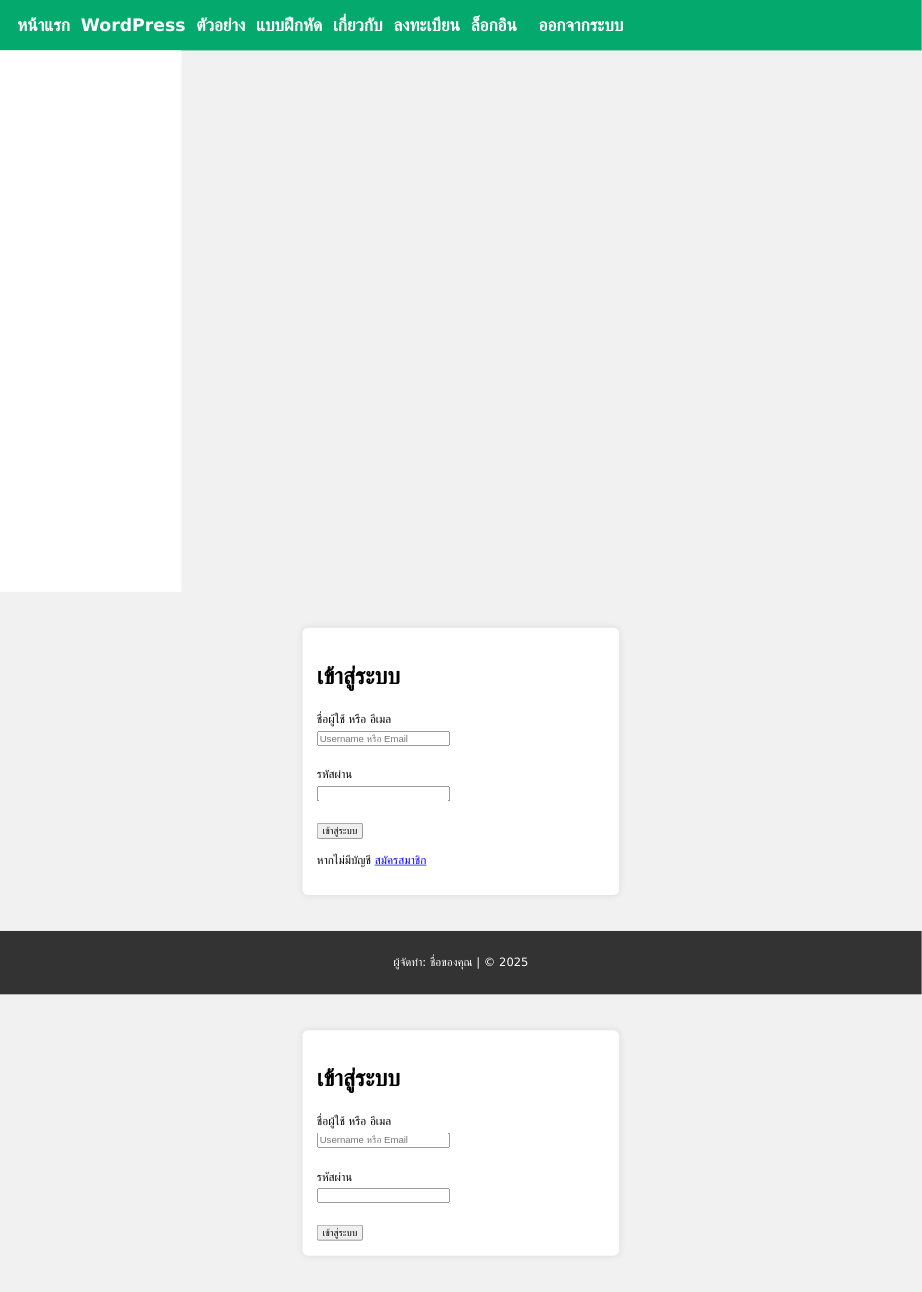
Repository: staggil/thesis
Page: login.html
These files come from the project's save history. The page is drawn as it stood at one moment and after the next save; the edit follows.
The browser window is 1280 px wide. The pictures show the whole page, at 72% of full size.
The page's requests for data from a server got no answer.

Above is the page before, as saved 2025-12-15 03:05:00.

### login.html
<!DOCTYPE html>
<html lang="th">
<head>
    <meta charset="UTF-8">
    <meta name="viewport" content="width=device-width, initial-scale=1.0">
    <title>Login - เว็บไซต์สอนเขียนโปรแกรม</title>
    <link rel="stylesheet" href="style.css">
    <script src="script.js" defer></script>
</head>
<body data-sidebar="components/empty.html" class="login-page">

    <!-- Header -->
    <div id="header-placeholder"></div>

    <!-- Sidebar -->
    <div id="sidebar-placeholder"></div>

    <!-- Content -->
    <main id="main-content">
        <h1>เข้าสู่ระบบ</h1>
        <form id="login-form">
            <label for="username">ชื่อผู้ใช้ หรือ อีเมล</label><br>
            <input type="text" id="username" name="username" placeholder="Username หรือ Email" required><br><br>


            <label for="password">รหัสผ่าน</label><br>
            <input type="password" id="password" name="password" required><br><br>

            <button type="submit">เข้าสู่ระบบ</button>
        </form>
        <p id="login-error" style="color: red; display: none;"></p>
        <p>หากไม่มีบัญชี <a href="register.html">สมัครสมาชิก</a></p>
    </main>

    <!-- Footer -->
    <div id="footer-placeholder"></div>

    <script>
    document.getElementById("login-form").addEventListener("submit", async (e) => {
        e.preventDefault();

        const username = document.getElementById("username").value.trim();
        const password = document.getElementById("password").value;

        if (!username || !password) {
            const err = document.getElementById("login-error");
            err.style.display = "block";
            err.textContent = "กรุณากรอกชื่อผู้ใช้และรหัสผ่าน";
            return;
        }

        try {
            const res = await fetch("/login", {
                method: "POST",
                headers: { "Content-Type": "application/json" },
                body: JSON.stringify({ username, password })
            });

            const data = await res.json();

            const err = document.getElementById("login-error");
            if (data.success) {
                err.style.display = "none";
                alert(data.message);
                window.location.href = "/"; // redirect ไปหน้า index
            } else {
                err.style.display = "block";
                err.textContent = data.message;
            }
        } catch (error) {
            console.error("Error:", error);
            const err = document.getElementById("login-error");
            err.style.display = "block";
            err.textContent = "เกิดข้อผิดพลาดในการเชื่อมต่อเซิร์ฟเวอร์";
        }
    });
    </script>

</body>
</html>
<!DOCTYPE html>
<html lang="th">
<head>
    <meta charset="UTF-8">
    <meta name="viewport" content="width=device-width, initial-scale=1.0">
    <title>Login - เว็บไซต์สอนเขียนโปรแกรม</title>
    <link rel="stylesheet" href="style.css">
    <script src="script.js" defer></script>
</head>
<body data-sidebar="components/empty.html" class="login-page">

    <!-- Header -->
    <div id="header-placeholder"></div>

    <!-- Sidebar -->
    <div id="sidebar-placeholder"></div>

    <!-- Content -->
    <main id="main-content">
        <h1>เข้าสู่ระบบ</h1>
        <form id="login-form">
            <label for="username">ชื่อผู้ใช้ หรือ อีเมล</label><br>
            <input type="text" id="username" name="username" placeholder="Username หรือ Email" required><br><br>


            <label for="password">รหัสผ่าน</label><br>
            <input type="password" id="password" name="password" required><br><br>

            <button type="submit">เข้าสู่ระบบ</button>
        </form>
        <p id="login-error" style="color: red; display: none;"></p>
    </main>

    <!-- Footer -->
    <div id="footer-placeholder"></div>

    <script>
    document.getElementById("login-form").addEventListener("submit", async (e) => {
        e.preventDefault();

        const username = document.getElementById("username").value.trim();
        const password = document.getElementById("password").value;

        if (!username || !password) {
            const err = document.getElementById("login-error");
            err.style.display = "block";
            err.textContent = "กรุณากรอกชื่อผู้ใช้และรหัสผ่าน";
            return;
        }

        try {
            const res = await fetch("/login", {
                method: "POST",
                headers: { "Content-Type": "application/json" },
                body: JSON.stringify({ username, password })
            });

            const data = await res.json();

            const err = document.getElementById("login-error");
            if (data.success) {
                err.style.display = "none";
                alert(data.message);
                window.location.href = "/"; // redirect ไปหน้า index
            } else {
                err.style.display = "block";
                err.textContent = data.message;
            }
        } catch (error) {
            console.error("Error:", error);
            const err = document.getElementById("login-error");
            err.style.display = "block";
            err.textContent = "เกิดข้อผิดพลาดในการเชื่อมต่อเซิร์ฟเวอร์";
        }
    });
    </script>

</body>
</html>

### style.css
body {
    margin: 0;
    font-family: Verdana, Arial, sans-serif;
    box-sizing: border-box;
    background-color: #f1f1f1;
    line-height: 1.6;
}


header {
    background-color: #04AA6D;
    color: white;
    padding: 16px 24px;
    font-size: 24px;
    font-weight: bold;
}

.navbar ul {
    list-style: none;
    display: flex;
    gap: 15px;
    padding: 0;
    margin: 0;
}

.navbar ul li a {
    color: white;
    text-decoration: none;
}

/* =========================
   Sidebar
   ========================= */
.layout {  /* แนะนำให้เพิ่ม div ครอบ sidebar + main-content */
    display: flex;
    max-width: 1200px;
    margin: 0 auto;
}

#sidebar {
    width: 220px;
    background-color: #e7e9eb; /* สีอ่อนแบบ W3Schools */
    padding: 16px;
    height: 100vh;
    overflow-y: auto;
    flex-shrink: 0;
    position: sticky;  /* sidebar ติดเวลา scroll */
    top: 0;
}

#sidebar ul {
    list-style: none;
    padding: 0;
}

#sidebar ul li {
    margin-bottom: 10px;
}

#sidebar ul li a {
    text-decoration: none;
    color: #333;
    display: block;
    padding: 8px;
    border-radius: 4px;
    transition: background 0.3s;
}

#sidebar ul li a:hover {
    background-color: #ddd;
}

/* =========================
   Main Content
   ========================= */
#main-content {
    flex: 1;  /* ขยายเต็มที่ตามพื้นที่ layout */
    background-color: #fff;
    padding: 32px;
    max-width: 960px; /* เหมือน W3Schools */
}

/* กรณีหน้า index.html ไม่มี sidebar */
body.index #main-content {
    margin-left: 0;
    max-width: 700px;        /* กว้างเท่ากับหน้าที่มี sidebar */
    margin: 0 auto;          /* จัด content กลางหน้า */
}

/* =========================
   Footer
   ========================= */
footer {
    background-color: #333;
    color: white;
    text-align: center;
    padding: 15px;
}

/* =========================
   Responsive (มือถือ)
   ========================= */
@media screen and (max-width: 768px) {
    #sidebar {
        width: 100%;
        height: auto;
        float: none;
    }
    #main-content {
        margin-left: 0;
        padding: 15px;
    }

    .navbar ul {
        flex-direction: column;
        gap: 5px;
    }
}

/* =========================
   Empty sidebar
   ========================= */
#sidebar.empty-sidebar {
    background-color: #fff;   /* สีเดียวกับ container */
           /* คง padding เดิมถ้าอยากให้ layoutเหมือนหน้าที่มี sidebar */
    /* อย่าแก้ width หรือ float */
}

/* หน้า login ให้ layout อยู่กลางและสวยขึ้น */
body.login-page #main-content {
    max-width: 400px;       /* กว้างแค่พอ form */
    margin: 50px auto;      /* จัดกลางแนวนอนและเว้นบน */
    padding: 20px;
    background-color: #fff; /* เหมือน container */
    border-radius: 8px;
    box-shadow: 0 0 10px rgba(0,0,0,0.1);
}



/* หน้า register ให้ layout อยู่กลางเหมือน login */
body.register-page #main-content {
    max-width: 400px;          /* กว้างพอ form */
    margin: 50px auto;         /* จัดกลางหน้า */
    padding: 20px;
    background-color: #fff;    /* เหมือน container */
    border-radius: 8px;
    box-shadow: 0 0 10px rgba(0,0,0,0.1);
}

### script.js
function loadComponent(filePath, elementId) {
    if (!filePath) return;
    const el = document.getElementById(elementId);
    if (!el) {
        console.error(`ไม่พบ element id="${elementId}"`);
        return;
    }
    fetch(filePath)
        .then(response => {
            if (!response.ok) throw new Error("ไม่พบไฟล์ " + filePath);
            return response.text();
        })
        .then(data => {
            el.innerHTML = data;

            // หลังโหลด header ให้ตรวจสอบ session
            if (elementId === "header-placeholder") {
                updateHeaderLoginStatus();
            }
        })
        .catch(error => console.error(error));
}

// ฟังก์ชันตรวจสอบ login
function updateHeaderLoginStatus() {
    fetch("/me")
        .then(res => res.json())
        .then(user => {
            if (user.username) {
                // login แล้ว
                document.querySelectorAll(".login-only").forEach(el => el.style.display = "none");
                document.querySelectorAll(".user-only").forEach(el => el.style.display = "block");
                document.getElementById("username-display").textContent = user.fullname;

                // เพิ่ม listener logout
                const logoutLink = document.getElementById("logout-link");
                if (logoutLink) {
                    logoutLink.addEventListener("click", async (e) => {
                        e.preventDefault();
                        await fetch("/logout", { method: "POST" });
                        updateHeaderLoginStatus(); // รีเฟรชเมนู
                        window.location.href = "/login.html";
                    });
                }

            } else {
                // ยังไม่ได้ login
                document.querySelectorAll(".login-only").forEach(el => el.style.display = "block");
                document.querySelectorAll(".user-only").forEach(el => el.style.display = "none");
            }
        })
        .catch(err => console.error(err));
}

document.addEventListener("DOMContentLoaded", function() {
    loadComponent("/components/header.html", "header-placeholder");
    loadComponent("/components/footer.html", "footer-placeholder");

    const sidebarFile = document.body.getAttribute("data-sidebar");
    loadComponent(sidebarFile, "sidebar-placeholder");

    // ตรวจสอบ exercise links หลังจากโหลด header เสร็จ
    const checkExerciseLinks = () => {
        const exerciseLinks = document.querySelectorAll("a[href^='/exercises/']");
        exerciseLinks.forEach(link => {
            link.addEventListener("click", async (e) => {
                e.preventDefault();
                const res = await fetch("/me");
                const user = await res.json();
                if (!user.username) {
                    const goLogin = confirm("คุณต้อง login ก่อนเข้าแบบฝึกหัด\nไปหน้า Login ตอนนี้หรือไม่?");
                    if (goLogin) window.location.href = "/login.html";
                } else {
                    window.location.href = link.href;
                }
            });
        });
    };

    // รอ header โหลดเสร็จแล้วค่อย bind
    const headerInterval = setInterval(() => {
        if (document.getElementById("header-placeholder").children.length > 0) {
            clearInterval(headerInterval);
            checkExerciseLinks();
        }
    }, 50);
});

### components/header.html
<header>
   <nav class="navbar">
        <ul id="nav-items">
            <li><a href="/index.html">หน้าแรก</a></li>
            <li><a href="/lessons/intro.html">WordPress</a></li>
            <li><a href="/examples/draw-rect.html">ตัวอย่าง</a></li>
            <li><a href="/exercises/exercise1.html">แบบฝึกหัด</a></li>
            <li><a href="/about/about.html">เกี่ยวกับ</a></li>
            <li class="login-only"><a href="/register.html">ลงทะเบียน</a></li>
            <li class="login-only"><a href="/login.html">ล็อกอิน</a></li>
            <li class="user-only"><span id="username-display"></span></li>
            <li class="user-only"><a href="#" id="logout-link">ออกจากระบบ</a></li>
        </ul>
    </nav>
</header>

### components/footer.html
<footer>
    <p>ผู้จัดทำ: ชื่อของคุณ | © 2025</p>
</footer>

### components/empty.html
<aside id="sidebar" class="empty-sidebar">
    <ul>

    </ul>
</aside>

After the next save:
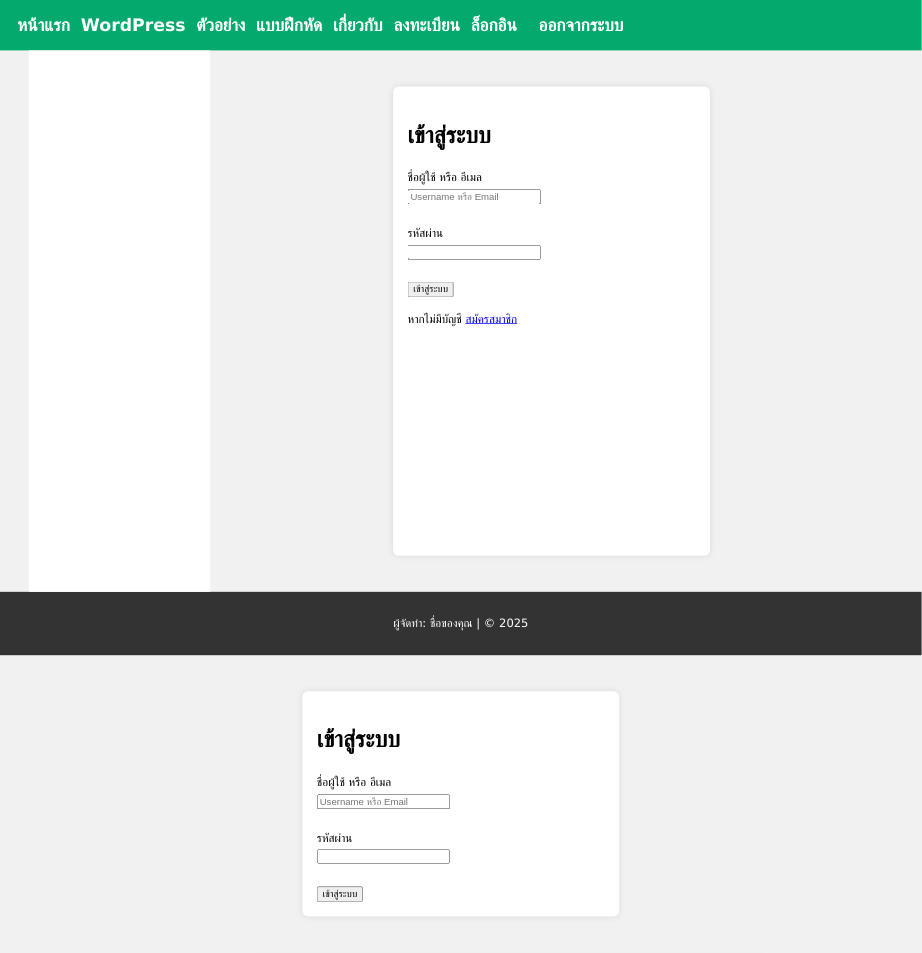
Saved 6 min 34 s later.
--- a/login.html
+++ b/login.html
@@ -12,6 +12,7 @@
     <!-- Header -->
     <div id="header-placeholder"></div>
 
+    <div class="layout">
     <!-- Sidebar -->
     <div id="sidebar-placeholder"></div>
 
@@ -31,7 +32,7 @@
         <p id="login-error" style="color: red; display: none;"></p>
         <p>หากไม่มีบัญชี <a href="register.html">สมัครสมาชิก</a></p>
     </main>
-
+</div>
     <!-- Footer -->
     <div id="footer-placeholder"></div>
 
--- a/style.css
+++ b/style.css
@@ -97,25 +97,23 @@
     padding: 15px;
 }
 
-/* =========================
-   Responsive (มือถือ)
-   ========================= */
 @media screen and (max-width: 768px) {
+    .layout {
+        flex-direction: column;
+    }
+
     #sidebar {
         width: 100%;
         height: auto;
-        float: none;
+        position: relative;
     }
+
     #main-content {
-        margin-left: 0;
+        max-width: 100%;
         padding: 15px;
     }
+}
 
-    .navbar ul {
-        flex-direction: column;
-        gap: 5px;
-    }
-}
 
 /* =========================
    Empty sidebar
